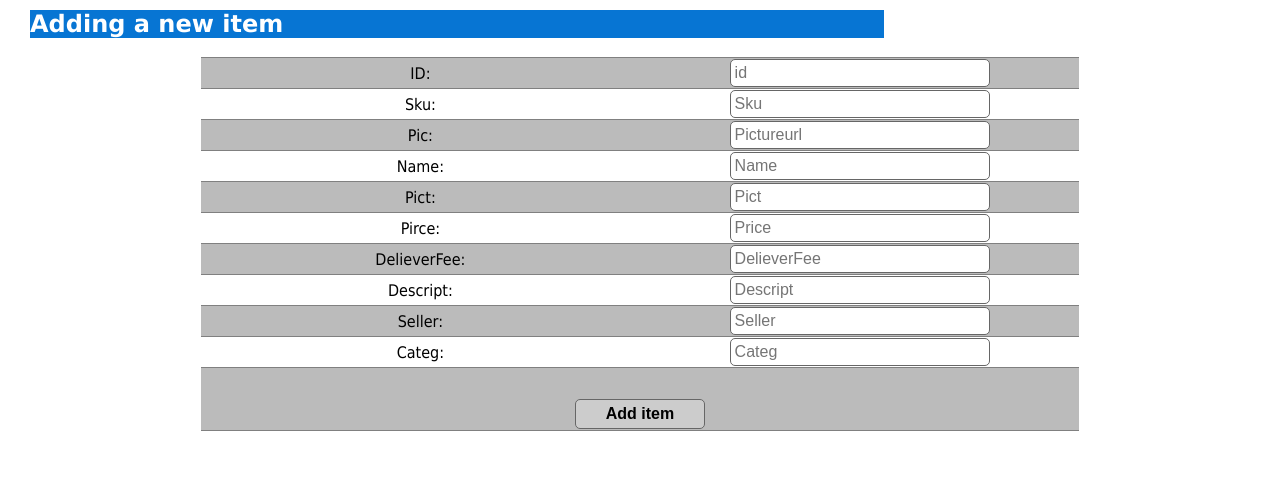
Repository: UnforgivenZZZ/bulldog
Page: bulldog/WebContent/WEB-INF/addingitem.html
An editor plug-in stored every save of this project. The page is shown before and after the next save, followed by the edit.
The browser window is 1280 px wide. The pictures show the whole page.

Above is the page before, as saved 2017-07-13 01:53:18.

After the next save:
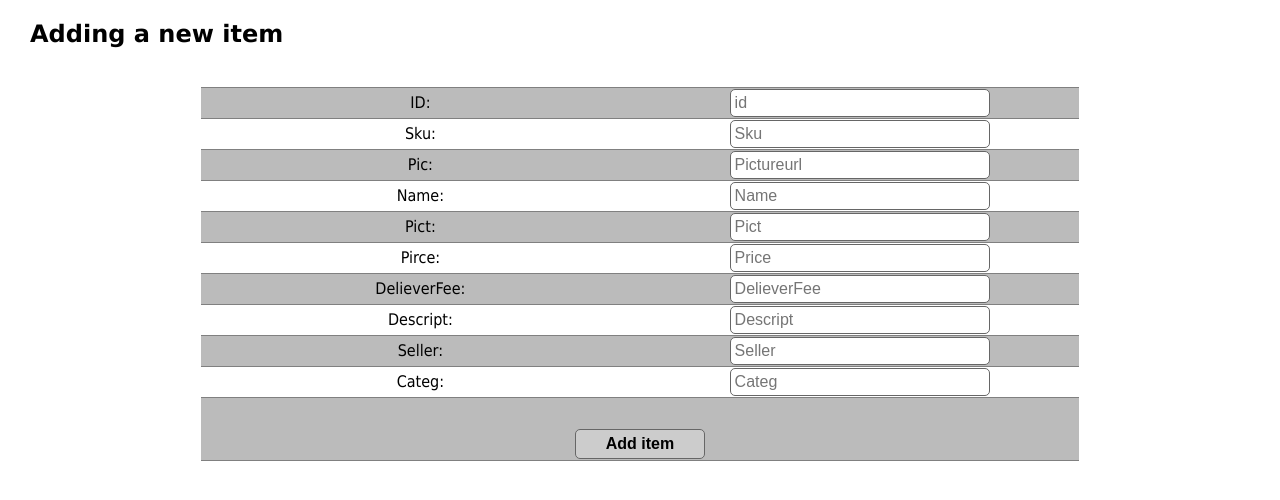
Saved 15 s later.
--- a/bulldog/WebContent/WEB-INF/addingitem.html
+++ b/bulldog/WebContent/WEB-INF/addingitem.html
@@ -13,12 +13,8 @@
         <table border="0" width="45%" align="center">
 
 
+			<h2>Adding a new item</h2>
 
-			<div id ="wrapper">
-				<div id ="header">
-					<h2>Adding a new item</h2>
-				</div>
-			</div>
 
              <tr>
                 <td width="50%">ID: </td>
